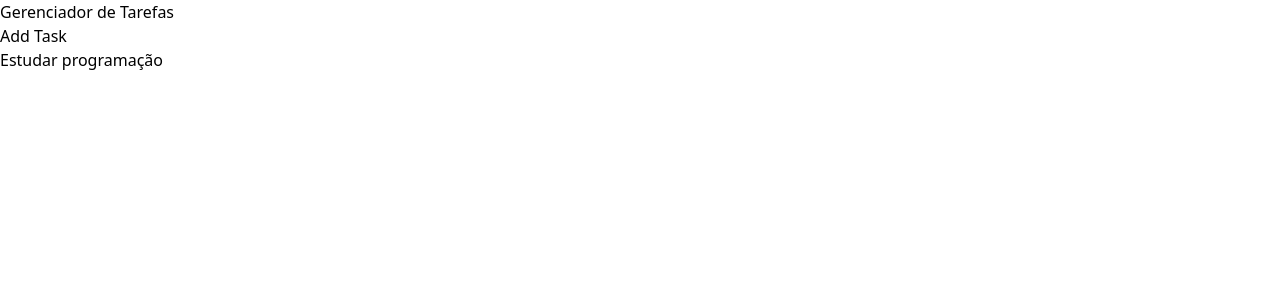
Repository: GustavoMSevero/curso-de-react
Page: /
An editor plug-in stored every save of this project. The page is shown before and after the next save, followed by the edit.
The browser window is 1280 px wide. The pictures show the whole page.
The project was rebuilt for these pictures with package versions that can differ from the ones it lists, and the page was loaded fresh each time. Also part of the build but not shown: vite.config.js.

Above is the page before, as saved 2025-02-20 20:04:00.

### src/App.jsx
import { useState } from "react";
import AddTask from "./components/AddTask";
import Tasks from "./components/Tasks";

export default function App() {
  const [tasks, setTasks] = useState([
    {
      id: 1,
      text: "Estudar programação",
      description:
        "Estudar programação para se tornr um desenvolvedor full stack",
      isCompletd: false,
    },
    {
      id: 2,
      text: "Estudar inglês",
      description: "Estudar inglês para se tornar fluente",
      isCompletd: false,
    },
    {
      id: 3,
      text: "Estudar matemática",
      description:
        "Estudar matemática para se tornr um desenvolvedor full stack",
      isCompletd: false,
    },
  ]);

  return (
    <div className="w-screen h-screen bg-slate-500 flex justify-center p-6">
      <div className="w-[500px]">
        <h1 className="text-3xl text-slate-100 font-bold text-center">
          Gerenciador de Tarefas
        </h1>
        <AddTask />
        <Tasks tasks={tasks} />
      </div>
    </div>
  );
}

### src/components/AddTask.jsx
export default function AddTask() {
  return <h1>Add Task</h1>;
}

### src/components/Tasks.jsx
export default function Tasks(props) {
  console.log(props);
  return <h1>{props.tasks[0].text}</h1>;
}

### tailwind.config.js
/** @type {import('tailwindcss').Config} */
export default {
  content: ["./index.html", "/src/**/*.{js,ts,jsx,tsx}"],
  theme: {
    extend: {},
  },
  plugins: [],
};

Loaded but not shown: index.html (common file); src/main.jsx (common file); src/index.css (common file)

After the next save:
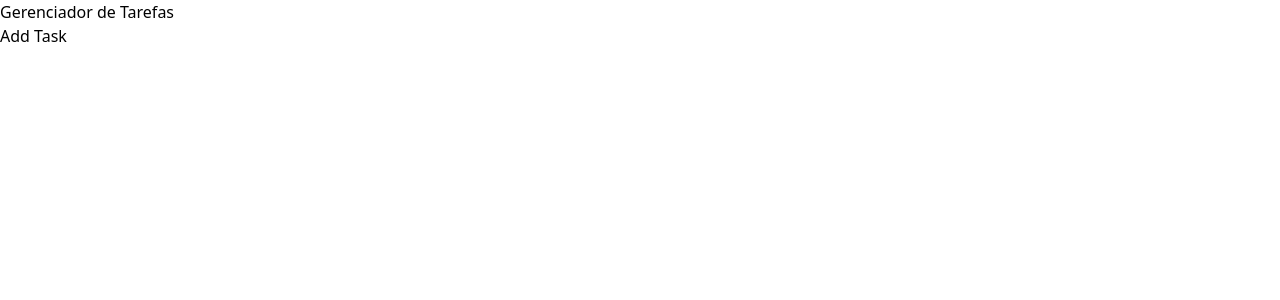
Saved 67 s later.
--- a/src/App.jsx
+++ b/src/App.jsx
@@ -6,20 +6,20 @@ export default function App() {
   const [tasks, setTasks] = useState([
     {
       id: 1,
-      text: "Estudar programação",
+      title: "Estudar programação",
       description:
         "Estudar programação para se tornr um desenvolvedor full stack",
       isCompletd: false,
     },
     {
       id: 2,
-      text: "Estudar inglês",
+      title: "Estudar inglês",
       description: "Estudar inglês para se tornar fluente",
       isCompletd: false,
     },
     {
       id: 3,
-      text: "Estudar matemática",
+      title: "Estudar matemática",
       description:
         "Estudar matemática para se tornr um desenvolvedor full stack",
       isCompletd: false,

After the save that followed:
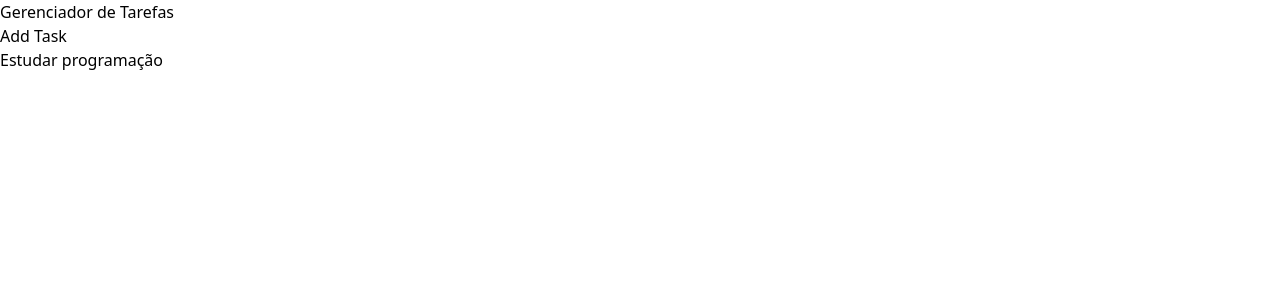
Saved 8 s later.
--- a/src/components/Tasks.jsx
+++ b/src/components/Tasks.jsx
@@ -1,4 +1,4 @@
 export default function Tasks(props) {
   console.log(props);
-  return <h1>{props.tasks[0].text}</h1>;
+  return <h1>{props.tasks[0].title}</h1>;
 }
